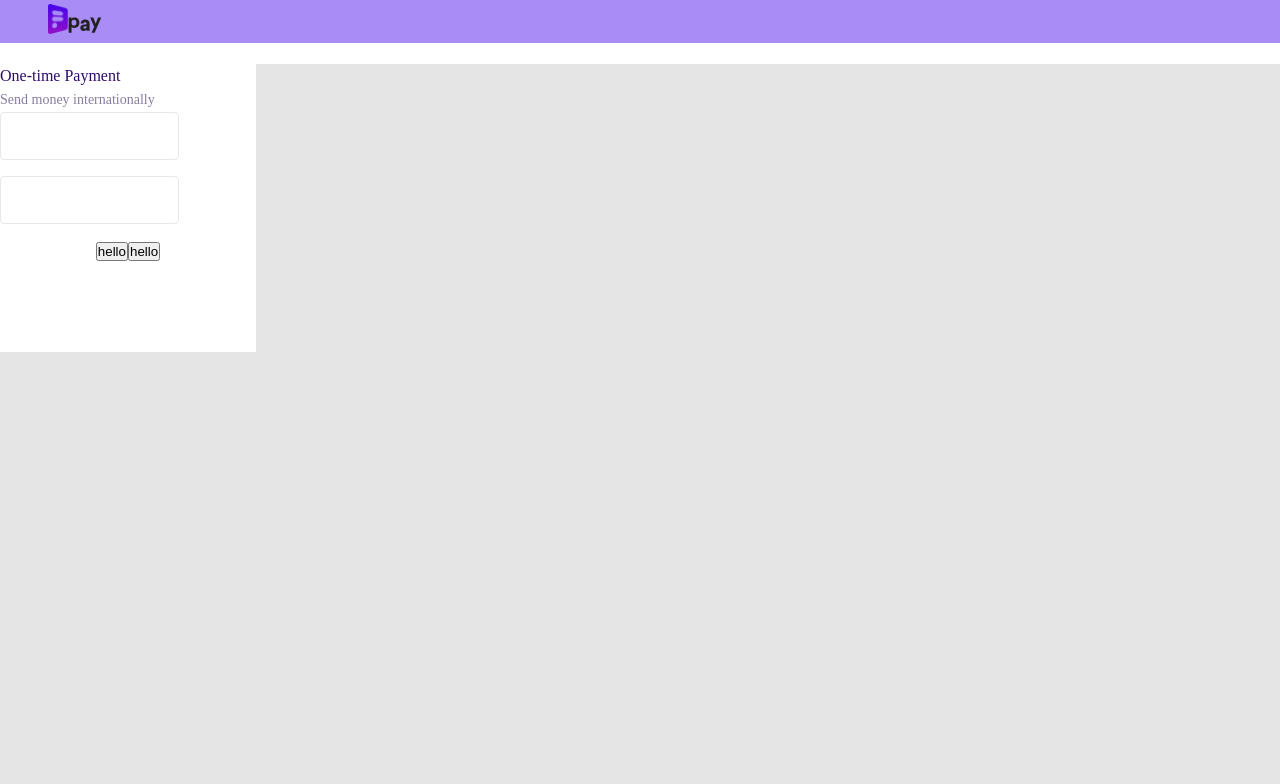
Repository: nilesjamex/fincra
Page: /
The author's editor kept a copy of each file at every save. The page is drawn from the files as they stood at one save, then again after the next save.
The browser window is 1280 px wide. The pictures show the whole page.
The project was rebuilt for these pictures with package versions that can differ from the ones it lists, and the page was loaded fresh each time. The framework's server and built-in components were replaced by stand-ins that run in the browser. Also part of the build but not shown: next.config.js.

Above is the page before, as saved 2021-11-01 10:13:06.

### pages/index.js
import Head from 'next/head'
import Image from 'next/image'
import styles from '../styles/Home.module.css'
import Pay from "../Components/pay.js"
import StepContextProvider from './../Contexts/StepContext';
import Main from './../Layout/main.js'

export default function Home() {
  return (
    <div className={styles.container}>
      <Head>
        <title>Fincra Pay</title>
        <meta name="description" content="Generated by create next app" />
        <link rel="icon" href="/favicon.ico" />
      </Head>


        <Main>
        <StepContextProvider>
        <Pay />
        </StepContextProvider>
        </Main>

    </div>
  )
}

### styles/globals.css
html,
body {
  font-family: -apple-system, BlinkMacSystemFont, Segoe UI, Roboto, Oxygen,
    Ubuntu, Cantarell, Fira Sans, Droid Sans, Helvetica Neue, sans-serif;
}

a {
  color: inherit;
  text-decoration: none;
}

* {
  box-sizing: border-box;
  padding: 0;
  margin: 0;
}

### styles/Home.module.css
.container {
  padding: 0 0rem;
}

### Components/pay.js
import React, {useState, useContext} from 'react'
import { StepContext } from './../Contexts/StepContext';
import styles from './pay.module.css'
const Pay = () => {

   const {steps, front, back} = useContext(StepContext)

    switch (steps) {
        case 1:
            return (
        <div className={styles.container}>
        <div className={styles.paymentText}>
        <h2 className={styles.paymentTextMain}>One-time Payment</h2>
        <p className={styles.paymentTextSub}>Send money internationally</p>
        </div>

        <form action="submit">
        <input className={styles.paymentinfo} type="text" name="" id="" />
        <input className={styles.paymentinfo} type="text" name="" id="" readOnly />
         <button onClick={(e) => front()}> hello </button>
          <button onClick={(e) => front()}> hello </button>
        </form>
        </div>
    );
     case 2:
            return (
        <div>
        <button onClick={(e) => back()}> he </button>
        </div>
    );
     case 3:
            return (
        <div>

        </div>
    );
     case 4:
            return (
        <div>

        </div>
    );
    }

}

export default Pay;

### Contexts/StepContext.js
import React, {useState, createContext} from 'react';

export const StepContext = createContext()

const StepContextProvider = (props) => {
    const [steps, setSteps] = useState(1);

    const front = () => {
        setSteps(steps + 1)
    }

    const back = () => {
        setSteps(steps - 1)
    }
    return (
        <StepContext.Provider value={{steps, front, back}}>
            {props.children}
        </StepContext.Provider>
    )
}

export default StepContextProvider;

### Layout/main.js
import React from 'react'
import Header from './header.js'
import styles from './main.module.css'

const Main = (props) => {
    return (
        <div>
          <Header />
          <div className={styles.container}>
          {props.children}
          </div>
        </div>
    )
}

export default Main;

### Components/pay.module.css
.container {
    background-color: #FFF;
    text-align: center;
    width: 20vw;
    height: 40vh;
}
.paymentText {
    text-align: left;
    margin-top: 1.3rem;
}
.paymentTextMain {
    font-family: Sailec;
    font-style: normal;
    font-weight: normal;
    font-size: 16px;
    line-height: 24px;
    color: #2C0C6A;
}
.paymentTextSub {
    font-family: Sailec;
    font-style: normal;
    font-weight: normal;
    font-size: 14px;
    line-height: 24px;
    color: #877E9E;
}
.paymentinfo {
    display: block;
    margin: 0 0 1rem 0;
    height: 3rem;
    width: 70%;
    border: 1px solid #E8E8E8;
    box-sizing: border-box;
    border-radius: 4px;
}

### Layout/header.js
import React from 'react'
import styles from './header.module.css'
import Image from 'next/image'

const header = () => {
    return (
        <nav className={styles.navbar}>
        <div className={styles.fincra}>
        <h3>
        <Image src="/../public/Images/logo.png" alt="logo" height="30px" width="20px" />
        <Image src="/../public/Images/p.svg" alt="logo" height="17.77px" width="12.47px" />
        <Image src="/../public/Images/a.svg" alt="logo" height="17.77px" width="10.26px"/>
        <Image src="/../public/Images/y.svg" alt="logo" height="17.77px" width="12.91px" /></h3>
        </div>
        </nav>
    )
}

export default header

### Layout/main.module.css
.container {
    width: 100vw;
    height: 100vh;
    margin-top: 0rem;
    background-color: #E5E5E5;
}

### Layout/header.module.css
.navbar {
    height: 6vh;
    background-color: #A98CF6;
    display: flex;
    align-items: center;
}
.fincra h3 {
    margin-left: 3rem;
    color: #222222;
    font-size: 1.4rem;
}

Loaded but not shown: pages/_app.js (common file)

After the next save:
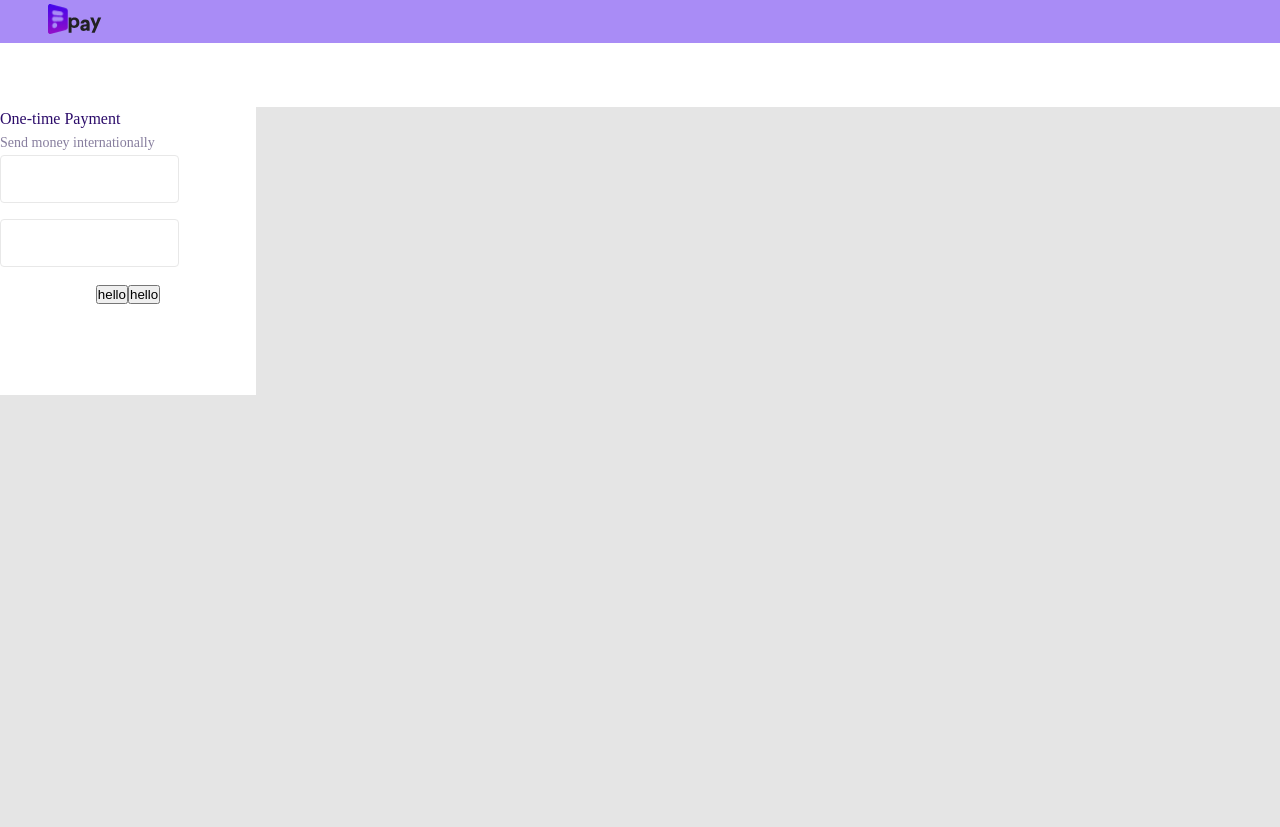
Saved 46 s later.
--- a/Components/pay.module.css
+++ b/Components/pay.module.css
@@ -3,6 +3,7 @@
     text-align: center;
     width: 20vw;
     height: 40vh;
+    margin-top: 4rem;
 }
 .paymentText {
     text-align: left;

After the save that followed:
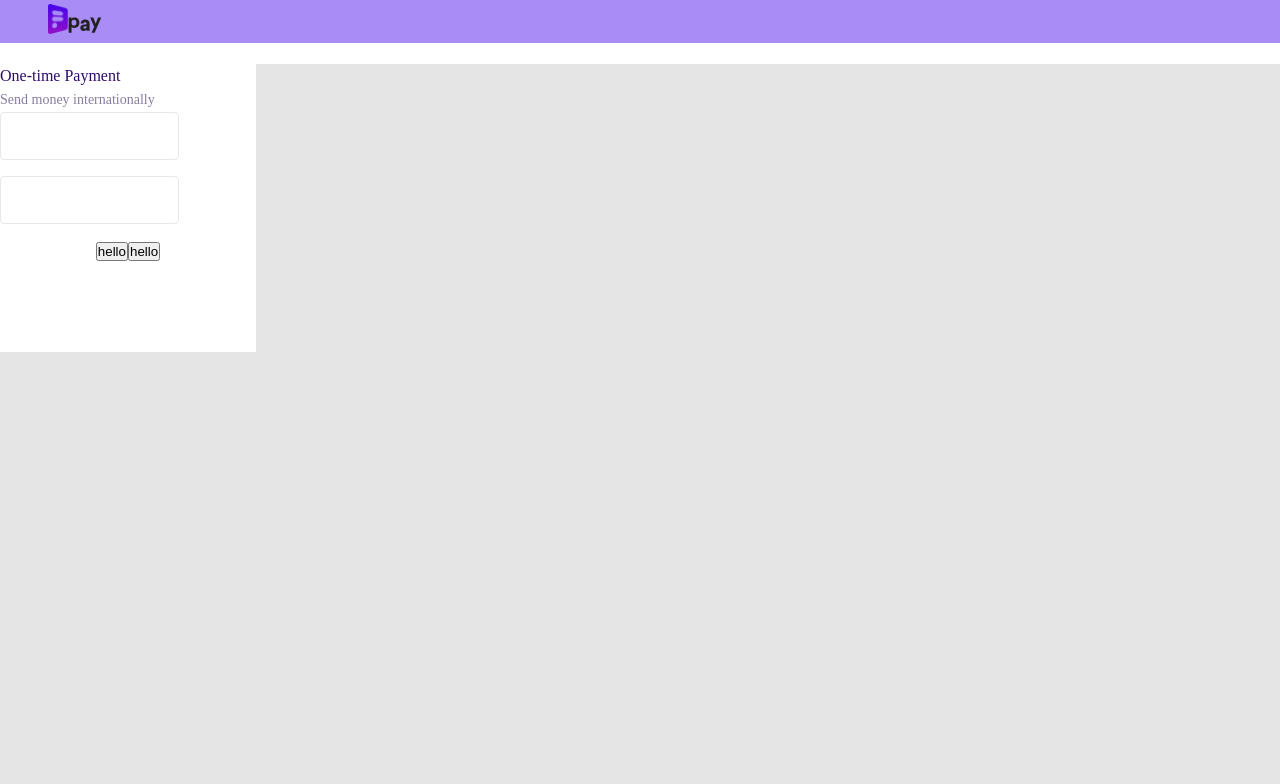
Saved 18 s later.
--- a/Components/pay.module.css
+++ b/Components/pay.module.css
@@ -3,7 +3,7 @@
     text-align: center;
     width: 20vw;
     height: 40vh;
-    margin-top: 4rem;
+    margin-top: 0rem;
 }
 .paymentText {
     text-align: left;
